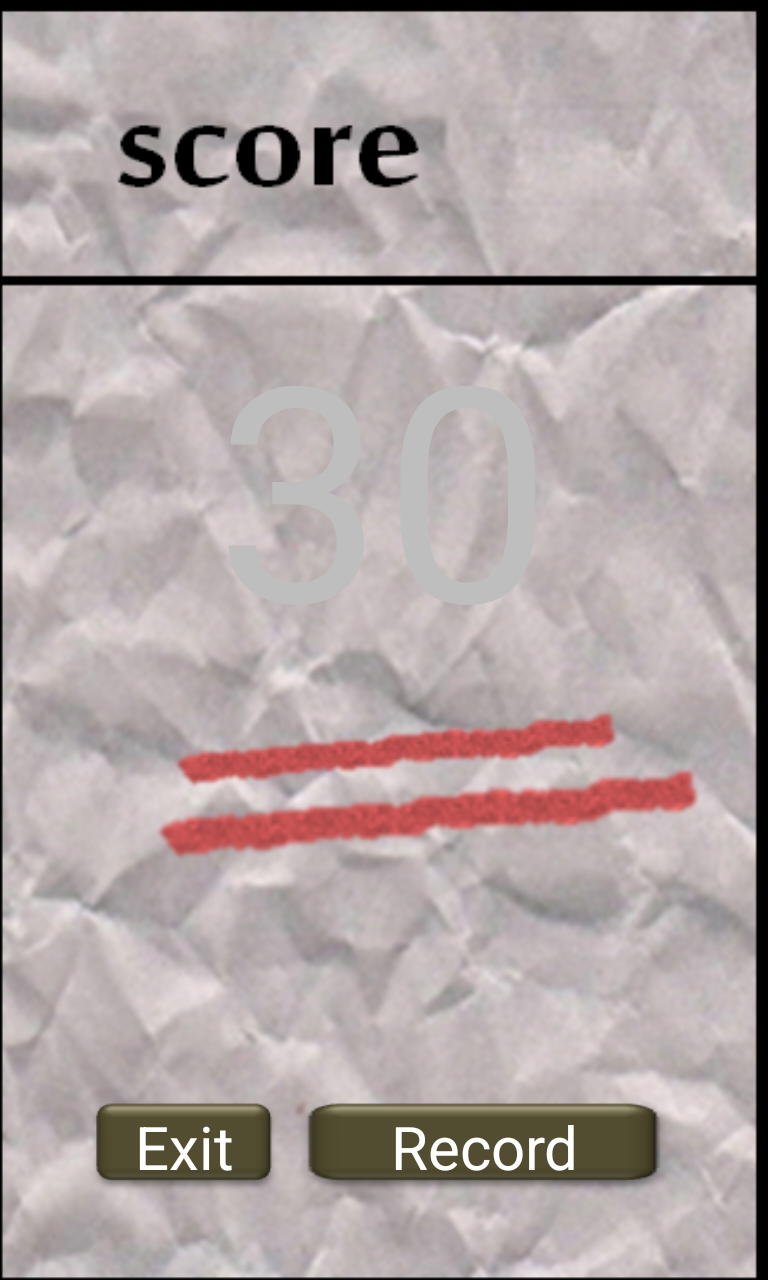
Repository: aster9725/HK-CityU-SummerExchange
Layout: WordQuiz/res/layout/activity_result.xml
An editor plug-in stored every save of this project. The layout is shown before and after the next save, followed by the edit.
It is drawn on a 768 x 1280 px phone screen (xhdpi) without system bars, with theme android:Theme.NoTitleBar; the app's code is not run.

Above is the layout before, as saved 2014-07-24 17:58:24.

### WordQuiz/res/layout/activity_result.xml
<?xml version="1.0" encoding="utf-8"?>
<LinearLayout xmlns:android="http://schemas.android.com/apk/res/android"
    android:layout_width="match_parent"
    android:layout_height="match_parent"
    android:background="@drawable/res_result"
    android:orientation="vertical" >

    <LinearLayout
        android:layout_width="match_parent"
        android:layout_height="wrap_content"
        android:layout_weight="1"
        android:gravity="center_vertical|center_horizontal"
        android:orientation="horizontal" >

        <ImageView
            android:layout_width="180sp"
            android:layout_height="50sp" />
    </LinearLayout>

    <LinearLayout
        android:layout_width="match_parent"
        android:layout_height="wrap_content"
        android:layout_weight="2"
        android:layout_marginTop="10dp"
        android:gravity="center_vertical|center_horizontal"
        android:orientation="horizontal" >

        <TextView
            android:id="@+id/score"
            android:layout_width="wrap_content"
            android:layout_height="wrap_content"
            android:layout_gravity="center_horizontal"
            android:text="30"
            android:textSize="150sp" />
    </LinearLayout>

    <LinearLayout
        android:layout_width="match_parent"
        android:layout_height="wrap_content"
        android:layout_weight="1"
        android:gravity="center_vertical|center_horizontal"
        android:orientation="horizontal" >

        <Button
            android:id="@+id/result_exit"
            android:layout_width="100sp"
            android:layout_height="50sp"
            android:background="@drawable/res_dbrownbutton"
            android:text="Exit"
            android:textColor="#ffffffff"
            android:textSize="30sp" />

        <Button
            android:id="@+id/result_record"
            android:layout_width="200sp"
            android:layout_height="50sp"
            android:background="@drawable/res_dbrownbutton"
            android:text="Record"
            android:textColor="#ffffffff"
            android:textSize="30sp" />
    </LinearLayout>

</LinearLayout>

After the next save:
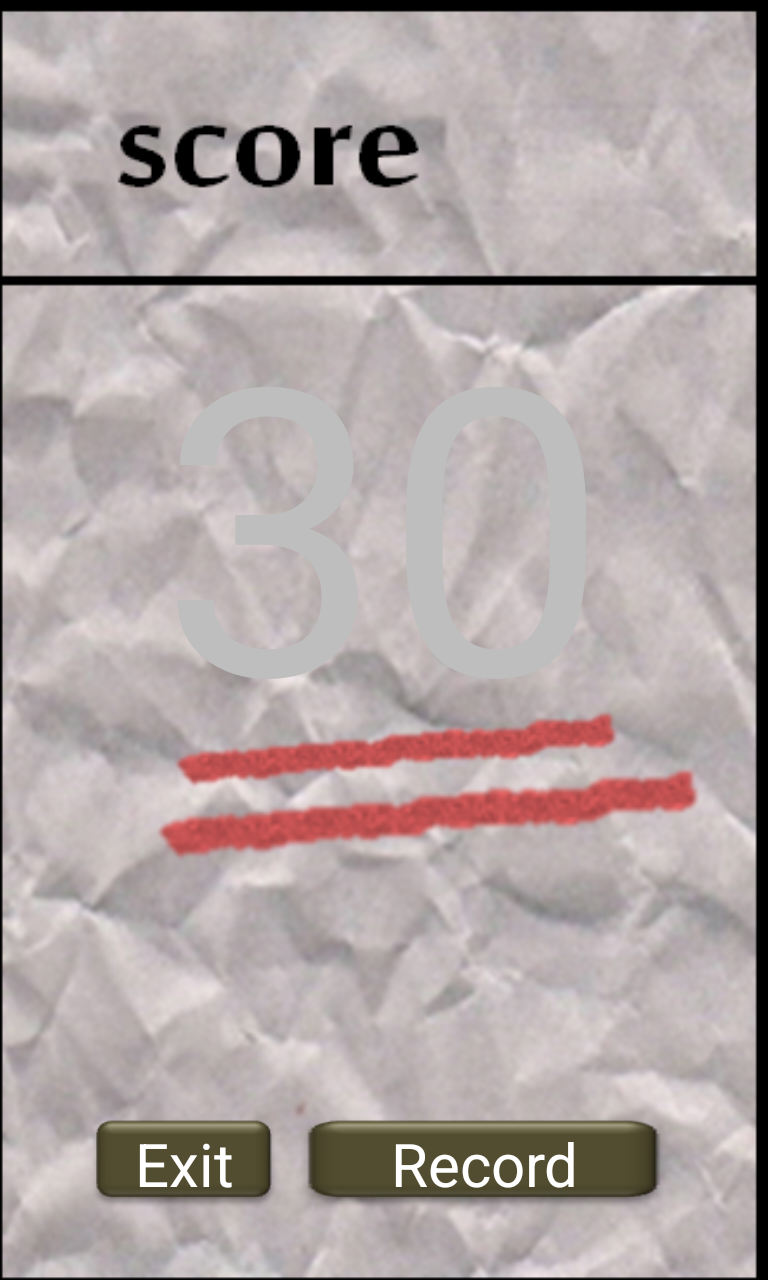
Saved 16 s later.
--- a/WordQuiz/res/layout/activity_result.xml
+++ b/WordQuiz/res/layout/activity_result.xml
@@ -31,7 +31,7 @@
             android:layout_height="wrap_content"
             android:layout_gravity="center_horizontal"
             android:text="30"
-            android:textSize="150sp" />
+            android:textSize="200sp" />
     </LinearLayout>
 
     <LinearLayout
